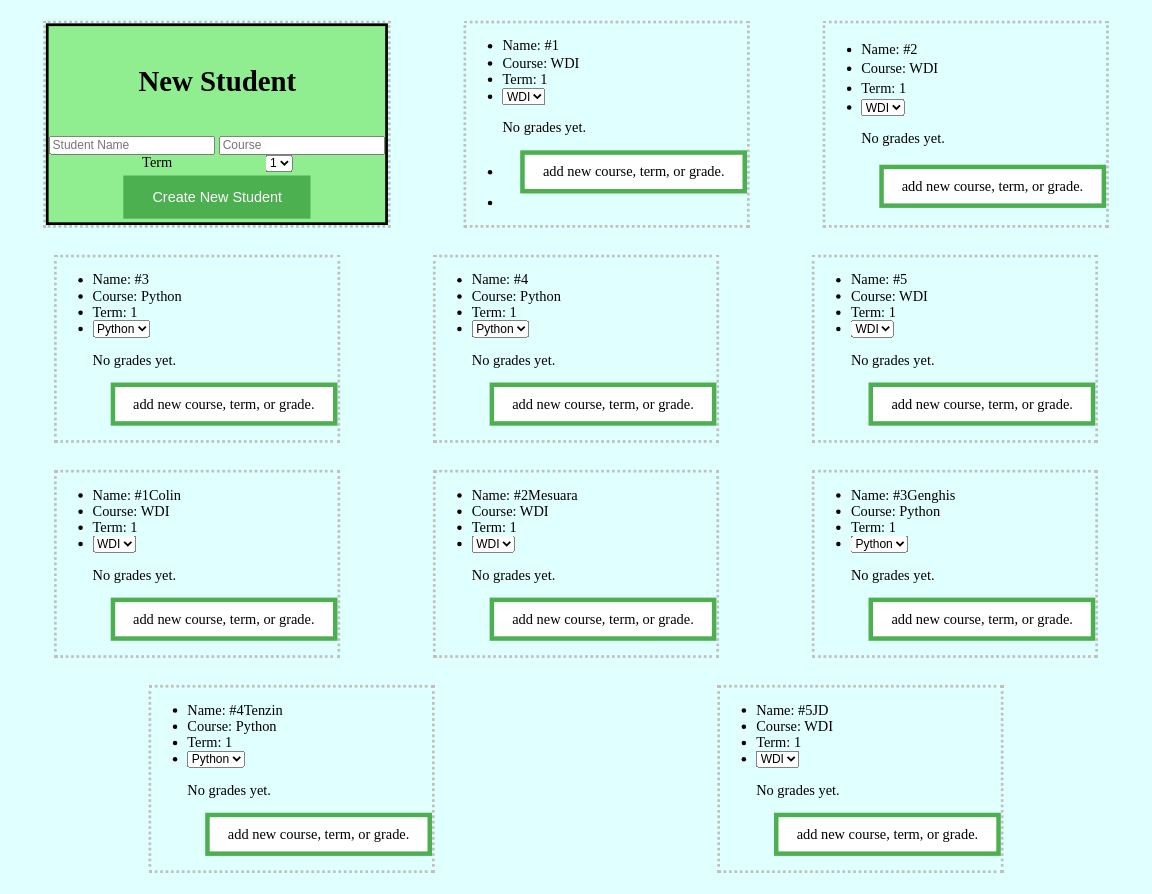
Repository: EdmontDantes/graderaide-fullstack-solution
Page: index.html
An editor plug-in stored every save of this project. The page is shown before and after the next save, followed by the edit.
The browser window is 1280 px wide. The pictures show the whole page, at 90% of full size.

Above is the page before, as saved 2020-04-22 11:42:17.

### index.html
<html lang="en">
  <head>
    <title>Graderaide</title>
    <meta charset="UTF-8">
    <meta name="viewport" content="width=device-width, initial-scale=1">
    <link rel="stylesheet" type="text/css" href="style-index.css">
  </head>

  <body>
    <section class="app">
      <section class="student-display">

      <section class="new-student-input">
        <h1 id="text-h1-creation-section">New Student</h1>

        <div id="new-student-input-boxes">
          <!-- <label for="new-student-name">Student Name</label> -->
          <input id="new-student-name-input-box"type="text" class="new-student-name" name="new-student-name" placeholder="Student Name">
          <!-- <label for="new-student-course">Course</label> -->
          <input id="new-student-course-input-box" type="text" class="new-student-course" name="new-student-course" placeholder="Course">
        </div>

        <div id="new-student-input-options"
          <label for="new-student-term">Term</label>
          <select class="new-student-term" name="new-student-term">
            <option value="1">1</option>
            <option value="2">2</option>
            <option value="3">3</option>
          </select>
        </div>
        <section class="new-student-submit">
          <button type="submit" class="new-student-button">Create New Student</button>
        </section>
      </section>
    </section>

      <section class="student-display">
        <ul class="student-info">
          <li>Name: #1</li>
          <li>Course: WDI</li>
          <li>Term: 1</li>
          <li>
            <select class="course-selection">
              <option value="wdi">WDI</option>
            </select>
            <p>No grades yet.</p>
          </li>
          <li><a href="add.html">
            add new course, term, or grade.</a>
          </li>
          <li></li>
        </ul>
      </section>
      <section class="student-display">
        <ul class="student-info">
          <li>Name: #2</li>
          <li>Course: WDI</li>
          <li>Term: 1</li>
          <li>
            <select class="course-selection">
              <option value="wdi">WDI</option>
            </select>
            <p>No grades yet.</p>
          </li><a href="add.html">add new course, term, or grade.</a>
        </ul>
      </section>

      <section class="student-display">
        <ul class="student-info">
          <li>Name: #3</li>
          <li>Course: Python</li>
          <li>Term: 1</li>
          <li>
            <select class="course-selection">
              <option value="python">Python</option>
            </select>
            <p>No grades yet.</p>
          </li><a href="add.html">add new course, term, or grade.</a>
        </ul>
      </section>

      <section class="student-display">
        <ul class="student-info">
          <li>Name: #4</li>
          <li>Course: Python</li>
          <li>Term: 1</li>
          <li>
            <select class="course-selection">
              <option value="python">Python</option>
            </select>
            <p>No grades yet.</p>
          </li><a href="add.html">add new course, term, or grade.</a>
        </ul>
      </section>

      <section class="student-display">
        <ul class="student-info">
          <li>Name: #5</li>
          <li>Course: WDI</li>
          <li>Term: 1</li>
          <li>
            <select class="course-selection">
              <option value="wdi">WDI</option>
            </select>
            <p>No grades yet.</p>
          </li><a href="add.html">add new course, term, or grade.</a>
        </ul>
      </section>

      <section class="student-display">
        <ul class="student-info">
          <li>Name: #1Colin</li>
          <li>Course: WDI</li>
          <li>Term: 1</li>
          <li>
            <select class="course-selection">
              <option value="wdi">WDI</option>
            </select>
            <p>No grades yet.</p>
          </li><a href="add.html">add new course, term, or grade.</a>
        </ul>
      </section>
      <section class="student-display">
        <ul class="student-info">
          <li>Name: #2Mesuara</li>
          <li>Course: WDI</li>
          <li>Term: 1</li>
          <li>
            <select class="course-selection">
              <option value="wdi">WDI</option>
            </select>
            <p>No grades yet.</p>
          </li><a href="add.html">add new course, term, or grade.</a>
        </ul>
      </section>

      <section class="student-display">
        <ul class="student-info">
          <li>Name: #3Genghis</li>
          <li>Course: Python</li>
          <li>Term: 1</li>
          <li>
            <select class="course-selection">
              <option value="python">Python</option>
            </select>
            <p>No grades yet.</p>
          </li><a href="add.html">add new course, term, or grade.</a>
        </ul>
      </section>

      <section class="student-display">
        <ul class="student-info">
          <li>Name: #4Tenzin</li>
          <li>Course: Python</li>
          <li>Term: 1</li>
          <li>
            <select class="course-selection">
              <option value="python">Python</option>
            </select>
            <p>No grades yet.</p>
          </li><a href="add.html">add new course, term, or grade.</a>
        </ul>
      </section>

      <section class="student-display">
        <ul class="student-info">
          <li>Name: #5JD</li>
          <li>Course: WDI</li>
          <li>Term: 1</li>
          <li>
            <select class="course-selection">
              <option value="wdi">WDI</option>
            </select>
            <p>No grades yet.</p>
          </li><a href="add.html">add new course, term, or grade.</a>
        </ul>
      </section>
      </section>
    </section>
  </body>
</html>

### style-index.css
@media (min-width: 601px) and (max-width: 1100px);
body {
    background-color: lightcyan;
    display: flex;
    flex-wrap: wrap;
    justify-content: center;
}

.app {
    display: flex;
    flex-direction: row;
    flex-wrap: wrap;
    justify-content: space-around;
}

#text-h1-creation-section {
    display: flex;
    flex-wrap: wrap;
    justify-content: center;
    font-size: 2em;
}

#new-student-input-options {
    display: flex;
    flex-wrap: wrap;
    flex-direction: row;
    justify-content: space-evenly;
}

.new-student-submit {
    display: flex;
    flex-wrap: wrap;
    justify-content: center;
}

.new-student-input {
    display: grid;

    background-color: lightgreen;
    border: 3px solid black;

}
button {
    background-color: #4CAF50;
    border: none;
    color: white;
    padding: 15px 32px;
    text-align: center;
    text-decoration: none;
    display: inline-block;
    font-size: 16px;
    margin: 4px 2px;
    cursor: pointer;
}

.student-display {
    display: flex;
    justify-content: space-around;
    border: 3px dotted #BFC0C0;
    margin: 15px;
}

.student-info {
    display: flex;
    flex-direction: column;
    justify-content: space-evenly;
}

a {
    background-color: white;
    color: black;
    border: 5px solid #4CAF50;
    padding: 10px 20px;
    text-align: center;
    text-decoration: none;
    display: inline-block;
    font-size: 16px;
    margin-left: 20px;
}

After the next save:
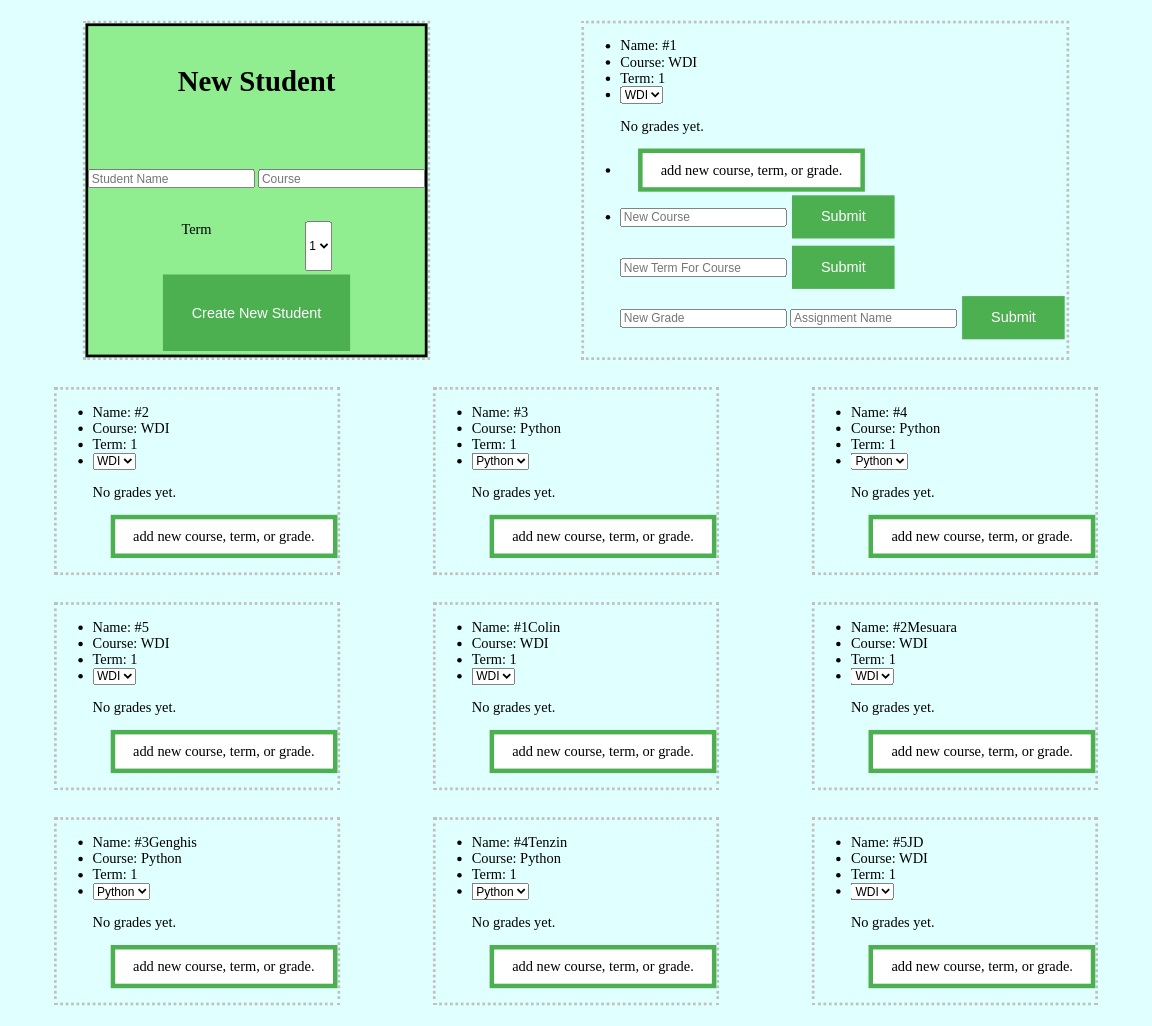
Saved 10 s later.
--- a/index.html
+++ b/index.html
@@ -48,7 +48,25 @@
           <li><a href="add.html">
             add new course, term, or grade.</a>
           </li>
-          <li></li>
+          <li>      <div id="data-grades-input">
+            <section>
+              <!-- <label for="new-course">New Course:</label> -->
+              <input type="text" name="new-course" class="new-course" placeholder="New Course">
+              <button type="submit" class="submit-new-course">Submit</button>
+            </section>
+            <section>
+              <!-- <label for="new-term">New Term For Course:</label> -->
+              <input type="text" name="new-term" class="new-term" placeholder="New Term For Course">
+              <button type="submit" class="submit-new-term">Submit</button>
+            </section>
+            <section>
+              <!-- <label for="new-grade">New Grade:</label> -->
+              <input type="text" name="new-grade" class="new-grade" placeholder="New Grade">
+              <!-- <label for="new-grade-assignment">Assignment Name:</label> -->
+              <input type="text" name="new-grade-assignment" class="new-grade-assignment" placeholder="Assignment Name">
+              <button type="submit" class="submit-new-grade-assignment">Submit</button>
+            </section>
+          </div></li>
         </ul>
       </section>
       <section class="student-display">
